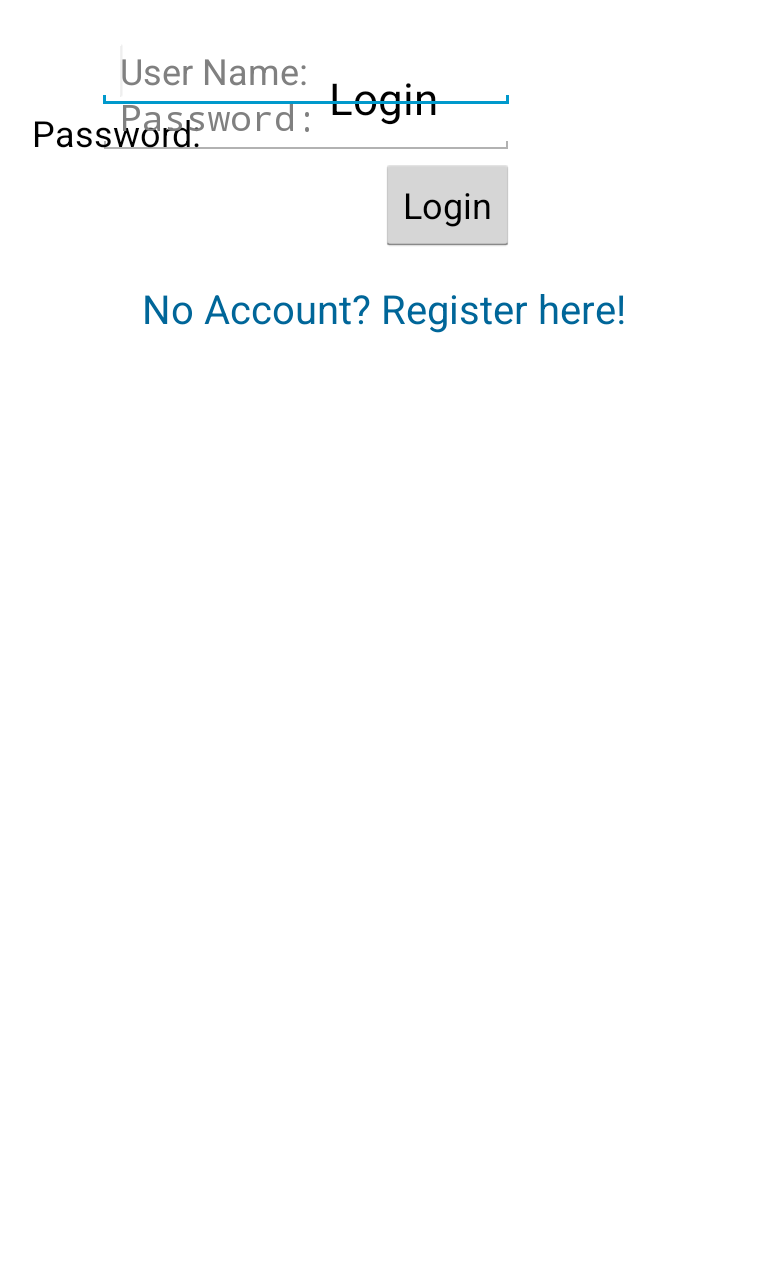
Repository: chrisberry/WebAPIWithAndroidUI
Layout: PeopleAPIAndroid/PeopleAPI/res/layout/login_main.xml
The author's editor kept a copy of each file at every save. The layout is drawn from the files as they stood at one save, then again after the next save.
It is drawn on a 768 x 1280 px phone screen (xhdpi) without system bars, with theme AppTheme; the app's code is not run.

Above is the layout before, as saved 2014-02-11 18:29:24.

After the next save:
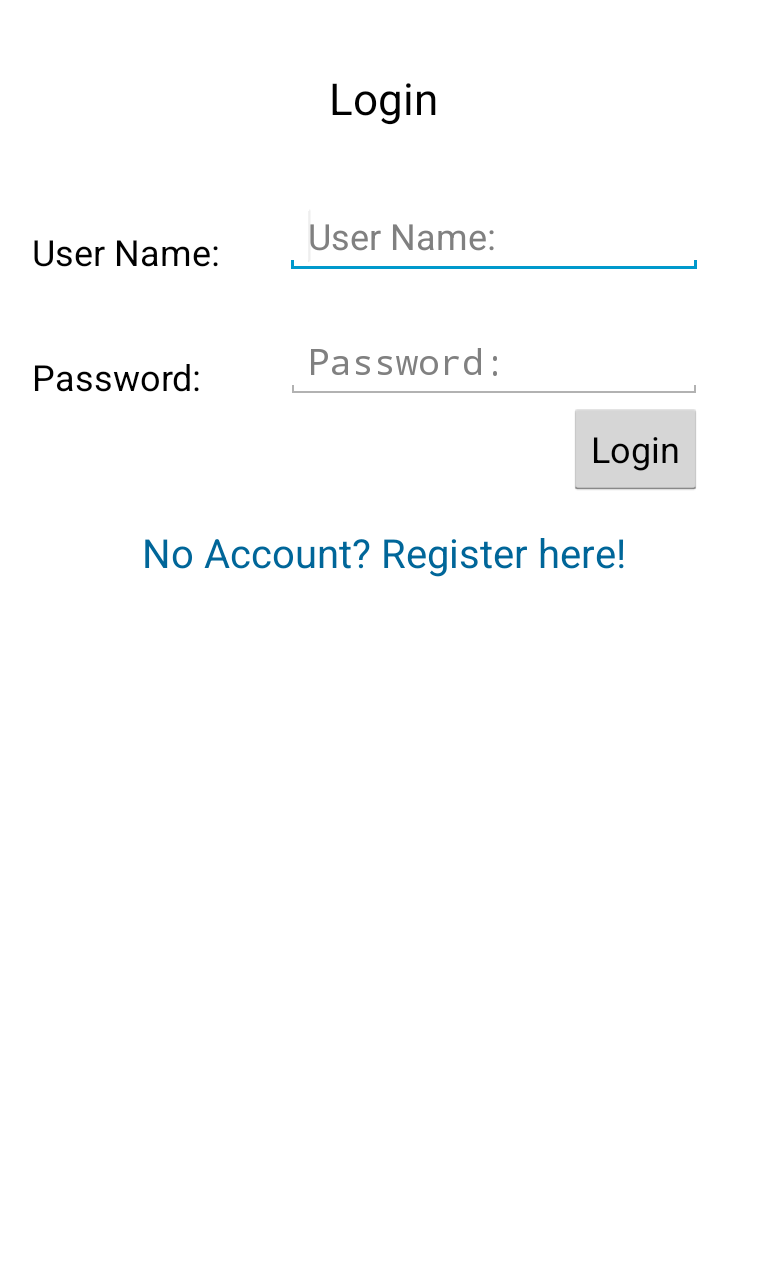
Saved 46 s later.
--- a/PeopleAPIAndroid/PeopleAPI/res/layout/login_main.xml
+++ b/PeopleAPIAndroid/PeopleAPI/res/layout/login_main.xml
@@ -17,7 +17,18 @@
       android:text="@string/login_tile"
       android:textAppearance="?android:attr/textAppearanceLarge" />
 
-    <EditText
+   <TextView
+      android:id="@+id/textView2"
+      android:layout_width="wrap_content"
+      android:layout_height="wrap_content"
+      android:layout_alignParentLeft="true"
+      android:layout_below="@+id/textView1"
+      android:layout_marginTop="50dp"
+      android:text="@string/username"
+
+      android:textAppearance="?android:attr/textAppearanceMedium" />
+
+   <EditText
       android:id="@+id/editText1"
       android:hint="@string/username"
       android:layout_width="wrap_content"
@@ -42,13 +53,22 @@
 
    <EditText
       android:id="@+id/editText2"
+       android:hint="@string/password"
       android:layout_width="wrap_content"
       android:layout_height="wrap_content"
       android:layout_alignBottom="@+id/textView3"
       android:layout_alignLeft="@+id/editText1"
       android:ems="10"
-       android:hint="@string/password"
       android:inputType="textPassword" />
+
+    <Button
+        android:id="@+id/button1"
+        android:layout_width="wrap_content"
+        android:layout_height="wrap_content"
+        android:layout_alignRight="@+id/editText2"
+        android:layout_below="@+id/editText2"
+        android:onClick="login"
+        android:text="@string/login" />
 
     <TextView
         style="@style/CodeFont"
@@ -61,13 +81,5 @@
         android:text="@string/register_prompt"
         android:textSize="20sp" />
 
-    <Button
-        android:id="@+id/button1"
-        android:layout_width="wrap_content"
-        android:layout_height="wrap_content"
-        android:layout_alignRight="@+id/editText2"
-        android:layout_below="@+id/editText2"
-        android:onClick="login"
-        android:text="@string/login" />
 
 </RelativeLayout>
